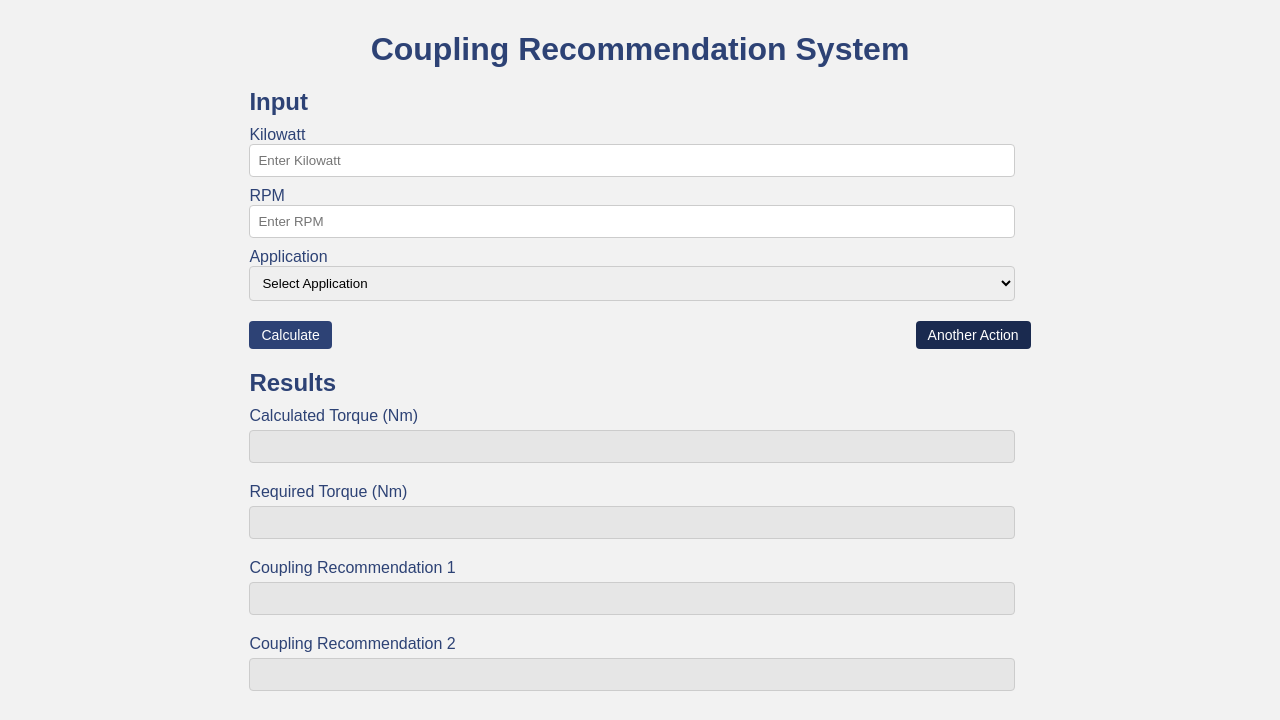
Repository: JustinSadie/calculator
Page: newIndex.html
These files come from the project's save history. The page is drawn as it stood at one moment and after the next save; the edit follows.
The browser window is 1280 px wide. The pictures show the whole page.

Above is the page before, as saved 2024-08-25 15:47:10.

### newIndex.html
<!DOCTYPE html>
<html lang="en">
  <head>
    <meta charset="UTF-8" />
    <meta name="viewport" content="width=device-width, initial-scale=1.0" />
    <title>Coupling Recommendation</title>
    <link rel="stylesheet" href="newCSS.css" />
  </head>
  <body>
    <div class="coupling-calculator">
      <h1>Coupling Recommendation System</h1>

      <div class="input-section">
        <h2>Input</h2>
        <label for="kilowatt">Kilowatt</label>
        <input
          type="number"
          id="kilowatt"
          placeholder="Enter Kilowatt"
          required
        />

        <label for="rotationSpeed">RPM</label>
        <input
          type="number"
          id="rotationSpeed"
          placeholder="Enter RPM"
          required
        />

        <label for="application">Application</label>
        <select id="application">
          <option value="">Select Application</option>
          <option value="1.2">Centrifugal Pumps</option>
          <option value="1.2">Fans</option>
          <option value="1.2">Belt Conveyors</option>
          <option value="1.6">Hammermill</option>
          <option value="1.6">Bucket Elevator</option>
          <option value="1.6">Scraper Conveyor</option>
          <option value="2.4">Reciprocating Pump</option>
          <option value="2.4">Compressor(3Cyl or less)</option>
          <option value="2">Crusher</option>
          <option value="2">Calender</option>
          <option value="2">Shaker</option>
          <option value="2">Compressor(4 Cyl or more)</option>
          <option value="4">Steel Mill rolers Tables</option>
          <option value="4">Heavy Reversing Drives</option>
        </select>
        <input
          type="text"
          id="customApplication"
          placeholder="Enter Custom Application"
          style="display: none"
        />

        <div class="button-container">
          <button onclick="displayResults()">Calculate</button>
          <button class="additional">Another Action</button>
        </div>
      </div>

      <div class="output-section">
        <h2>Results</h2>
        <div class="result">
          <label for="torqueResult">Calculated Torque (Nm)</label>
          <input type="text" id="torqueResult" readonly />
        </div>

        <div class="result">
          <label for="coupRat">Required Torque (Nm)</label>
          <input type="text" id="coupRat" readonly />
        </div>

        <div class="result">
          <label for="brCouplingSuggest1">Coupling Recommendation 1</label>
          <input type="text" id="brCouplingSuggest1" readonly />
        </div>

        <div class="result">
          <label for="brCouplingSuggest2">Coupling Recommendation 2</label>
          <input type="text" id="brCouplingSuggest2" readonly />
        </div>
      </div>

      <script src="Coupling generator copy.js"></script>
    </div>
  </body>
</html>

### newCSS.css
/* Overall page styling */
body {
  font-family: Arial, sans-serif;
  margin: 0;
  padding: 0;
  background-color: #f2f2f2;
  color: #2d4275;
  display: flex;
  justify-content: center;
  align-items: center;
  min-height: 100vh;
}

.coupling-caclulator {
  max-width: 50%; /* Make the container half the width of the page */
  margin: 0 auto;
  padding: 20px;
  background-color: #ffffff;
  box-shadow: 0 0 10px rgba(0, 0, 0, 0.1);
  border: 2px solid #2d4275; /* Add border around the container */
  border-radius: 8px;
  box-sizing: border-box; /* Include padding and border in the width */
}

h1 {
  color: #2d4275;
  text-align: center;
  margin-bottom: 20px;
}

/* Input section styling */
.input-section {
  margin-bottom: 20px;
}

.input-section h2 {
  color: #2d4275;
  margin-bottom: 10px;
}

input,
select {
  padding: 8px; /* Make the input fields smaller */
  margin-bottom: 10px;
  width: calc(100% - 16px); /* Adjust width to account for padding and borders */
  border: 1px solid #ccc;
  border-radius: 4px;
  box-sizing: border-box;
}

/* Container for buttons */
.button-container {
  display: flex;
  justify-content: space-between; /* Space between the buttons */
  margin-top: 10px;
}

button {
  padding: 6px 12px; /* Adjust padding if needed */
  background-color: #2d4275;
  color: #ffffff;
  border: none;
  border-radius: 4px;
  cursor: pointer;
  font-size: 14px;
}

button:hover {
  background-color: #1a2a4f;
}

/* Additional button styling */
button.additional {
  background-color: #1a2a4f;
}

button.additional:hover {
  background-color: #0d1a3b;
}


/* Output section styling */
.output-section {
  margin-top: 20px;
}

.output-section h2 {
  color: #2d4275;
  margin-bottom: 10px;
}

.result {
  margin-bottom: 10px;
}

.result label {
  display: block;
  margin-bottom: 5px;
  color: #2d4275;
}

.result input {
  padding: 8px; /* Make the output fields smaller */
  border: 1px solid #ccc;
  border-radius: 4px;
  width: calc(100% - 16px); /* Adjust width to account for padding and borders */
  box-sizing: border-box;
  background-color: #f9f9f9;
}

.result input[readonly] {
  background-color: #e6e6e6;
  cursor: not-allowed;
}

### Coupling generator copy.js
lst = [97,128, 164, 187, 215, 255, 271, 314, 355, 428,
    471, 517, 618, 679, 706, 868, 889, 900,
    1089, 1227, 1296, 1392, 1427, 1641, 1768, 2081,
    2150, 2398, 2551, 2837, 3134, 3343, 3536, 3787,
    4274, 4873, 4963, 5326, 5860, 6645, 6721, 6978,
    7234, 8443, 8806, 9071, 9864, 10172, 10811, 11063,
    12835, 13359, 13870, 14165, 16126, 17502, 18434,
    20135, 20684, 21989, 24153, 28155, 28166, 29107,
    35206, 35584, 38136, 38177, 45784, 48006, 50019,
    52525, 55588, 58182, 68818, 72908, 75800, 79879,
    86627, 99418, 100312, 104658, 136282, 136785,
    152552, 178422, 208020, 234914, 366843
]


const bearingData = {
  black: {
    sizes: [97, 164, 271, 471, 679, 1089, 1641, 2551, 3787, 5326, 6721, 8443, 10811, 18434, 29107, 38177, 52525, 79879],
  },
  yellow: {
    sizes: [128, 215, 355, 618, 889, 1427, 2150, 3343, 4963, 6978, 8806, 11063, 14165, 24153, 38136, 50019, 68818, 104658],
  },
  blue: {
    sizes: [187, 314, 517, 900, 1296, 2081, 3134, 4873, 7234, 10172, 12835, 16126, 20684, 35206, 55588, 72908, 100312, 152552],
  },
  green: {
    sizes: [255, 428, 706, 1227, 1768, 2837, 4274, 6645, 9864, 13870, 17502, 21989, 28155, 48006, 75800, 99418, 136785, 208020],
  },
  red: {
    sizes: [517, 868, 1392, 2398, 3536, 5860, 9071, 13359, 20135, 28166, 35584, 45784, 58182, 86627, 136282, 178422, 234914, 366843],
  },
};

const sizeIndex = {
    "BR_95" : 0,
   "BR_115" : 1,
   "BR_135" : 2,
   "BR_155" : 3,
   "BR_179" : 4,
   "BR_206" : 5,
   "BR_236" : 6,
   "BR_276" : 7,
   "BR_306" : 8,
   "BR_336" : 9,
   "BR_366" : 10,
   "BR_406" : 11,
   "BR_446" : 12,
   "BR_506" : 13,
   "BR_556" : 14,
   "BR_636" : 15,
   "BR_716" : 16,
   "BR_826" : 17,
}


function calculateTorque(){
    var kilowatt = document.getElementById("kilowatt").value;
    var rotationSpeed = document.getElementById("rotationSpeed").value;
    var torque = ((kilowatt *  9550)/rotationSpeed);
    torqueResult = torque.toFixed(2) + " (Nm)";
    return {
        torqueresultText: torqueResult,
        torqueResultNumeric: torque,
    };

}

function getSafetyFactorValue(){
    var serviceFactor = document.getElementById("application").value;
    var customServiceFactor = document.getElementById("customApplication").value.trim();

    if (customServiceFactor) {
        return customServiceFactor;
    } else if (serviceFactor && serviceFactor !== "default") {
        return serviceFactor;
    } else {
        throw new Error("Please select an application or enter a custom application.");
    }
};


function calculateAndSetCouplingRating() {
    try {
        var torque = calculateTorque().torqueResultNumeric;
        var serviceFactor = getSafetyFactorValue();

        if (isNaN(serviceFactor)) {
            throw new Error("Invalid service factor input");
        }
        var couplingRating = Math.round(torque * serviceFactor);
        var couplingRatingResult = couplingRating + " (Nm)";

        return {
            couplingRatingText: couplingRatingResult,
            couplingRatingNumeric: couplingRating,
        };
    } catch (error) {
        console.error("Error in calculateAndSetCouplingRating:", error.message);
        return {
            error: error.message,
        };
    }
}



function nextNearestValue() {

    x = calculateAndSetCouplingRating().couplingRatingNumeric;

    for(const elem of lst){
        if(x <= elem) {
            const nextIndex = lst.indexOf(elem) + 1;
            if (nextIndex < lst.length) {
                return {
                    firstRecommendation : elem,
                    secondrecommendation : lst[nextIndex],
                };
            }
        }
    }
    return {
        firstRecommendation : elem,
        secondrecommendation : "none",
    }
}

function safetyFactor(nnv,torque){
    return (nnv/torque).toFixed(2);
}

function findColorAndSize(value) {
    for (const color in bearingData) {
      const sizes = bearingData[color].sizes;
      const index = sizes.indexOf(value);
      if (index !== -1) {
        const sizeKey = Object.keys(sizeIndex).find((key) => sizeIndex[key] === index);
        return {
          color: color,
          size: sizeKey,
        };
      }
    }
    return null;
}



function displayResults(){
    var newVal = calculateAndSetCouplingRating();
    document.getElementById('torqueResult').value=calculateTorque().torqueresultText;
    document.getElementById('coupRat').value=calculateAndSetCouplingRating().couplingRatingText;

    document.getElementById('brCouplingSuggest1').value=findColorAndSize(nextNearestValue().firstRecommendation).size + " - " + findColorAndSize(nextNearestValue().firstRecommendation).color;
    document.getElementById('brCouplingSuggest2').value=findColorAndSize(nextNearestValue().secondrecommendation).size + " - " + findColorAndSize(nextNearestValue().secondrecommendation).color;
    document.getElementById('sfCouplingSuggest1').value=safetyFactor(nextNearestValue().firstRecommendation, calculateTorque().torqueResultNumeric);
    document.getElementById('sfCouplingSuggest2').value=safetyFactor(nextNearestValue().secondrecommendation, calculateTorque().torqueResultNumeric);
}


function clearTable(){
    document.getElementById('kilowatt').value="";
    document.getElementById('rotationSpeed').value="";
    document.getElementById('serviceFactor').value="";
    document.getElementById('torqueResult').value="";
    document.getElementById('coupRat').value="";
    document.getElementById('brCouplingSuggest1').value="";
    document.getElementById('brCouplingSuggest2').value="";
}

function validateInput(inputId) {
    var inputElement = document.getElementById(inputId);
    var inputValue = inputElement.value.trim();

    if (inputValue === "") {
        alert("Input cannot be empty.");
        return false;
    }

    if (!/^\d+$/.test(inputValue)) {
        alert("Input must contain only numbers.");
        return false;
    }

    return true;
}

function validateForm() {
    if (!validateInput("kilowatt") || !validateInput("rotationSpeed")) {
        return false;
    }
    return true;
}

After the next save:
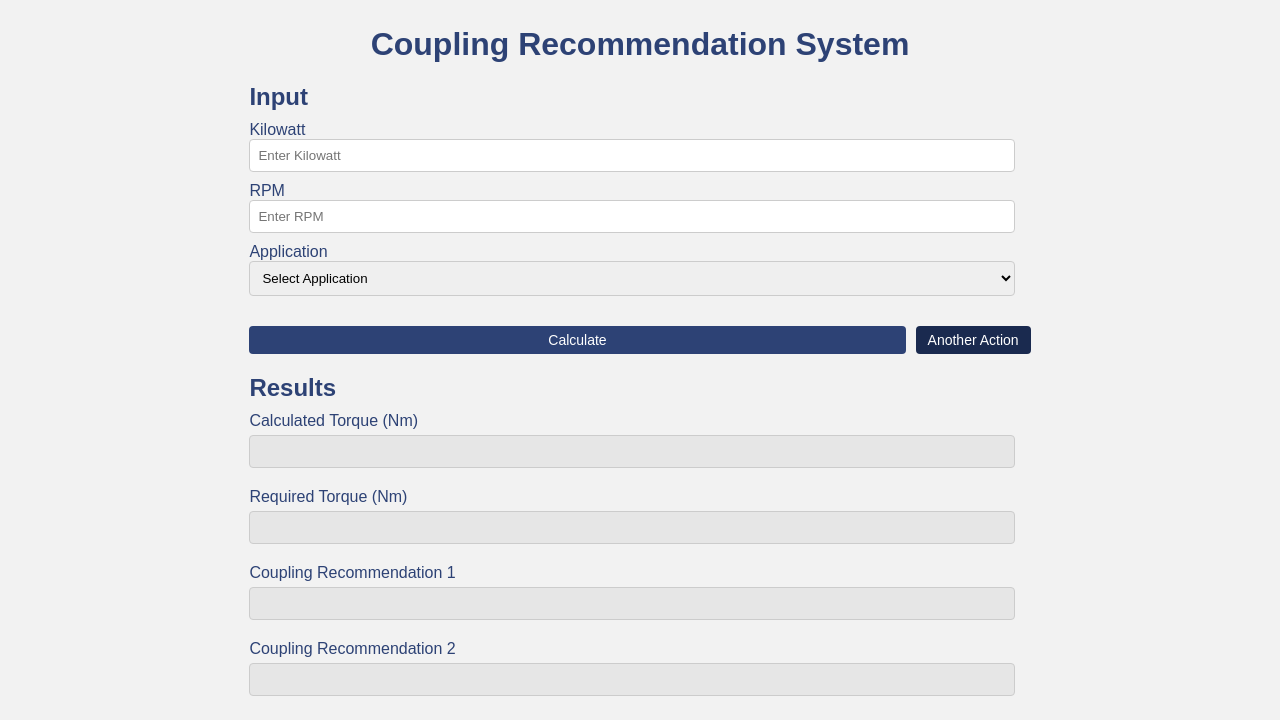
Saved 4 min 10 s later.
--- a/newCSS.css
+++ b/newCSS.css
@@ -50,9 +50,10 @@ select {
 
 /* Container for buttons */
 .button-container {
-  display: flex;
-  justify-content: space-between; /* Space between the buttons */
-  margin-top: 10px;
+  display: grid;
+  grid-template-columns: 1fr auto;
+  gap: 10px;
+  margin-top: 20px;
 }
 
 button {
